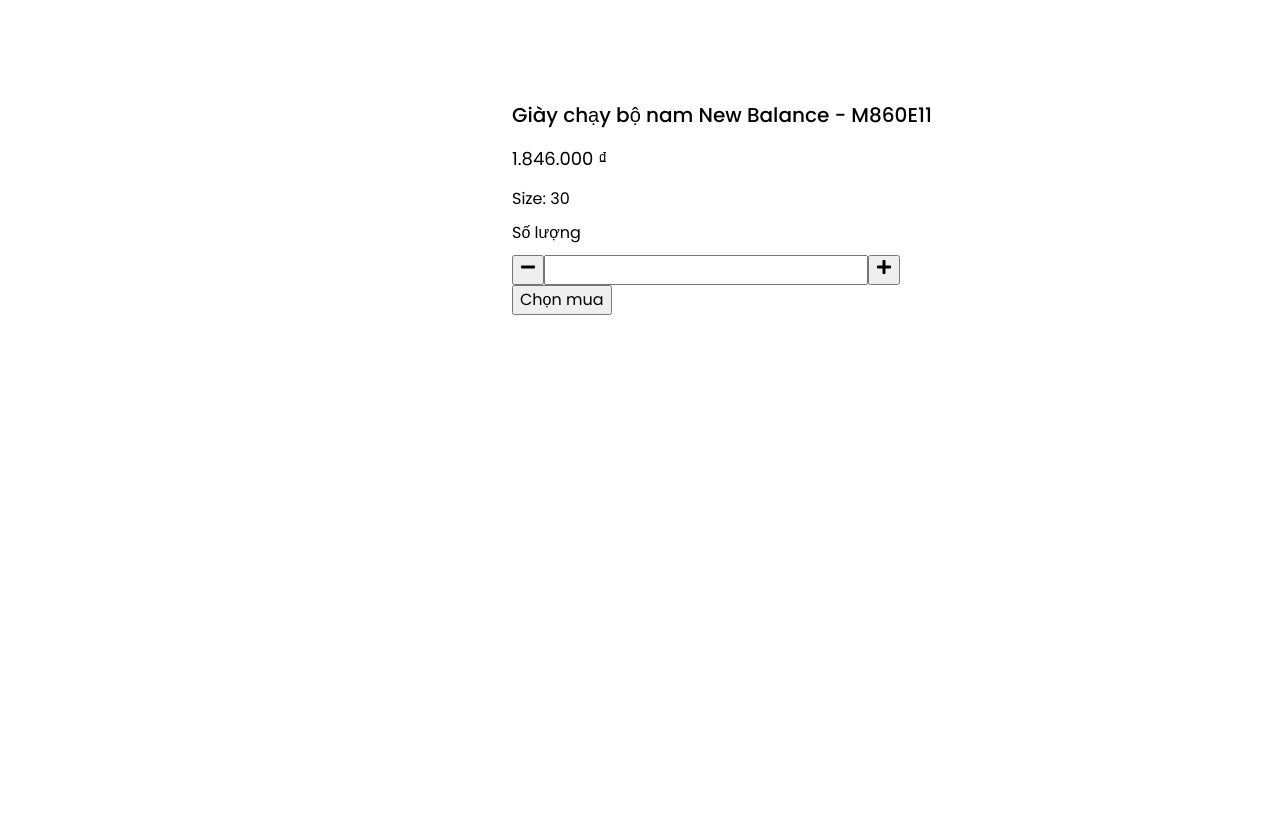
Repository: hoang0508/ReactJsHoiDanIT
Page: /
The author's editor kept a copy of each file at every save. The page is drawn from the files as they stood at one save, then again after the next save.
The browser window is 1280 px wide. The pictures show the whole page.
The project was rebuilt for these pictures with package versions that can differ from the ones it lists, and the page was loaded fresh each time.

Above is the page before, as saved 2022-02-24 14:22:22.

### public/index.html
<!DOCTYPE html>
<html lang="en">
  <head>
    <meta charset="utf-8" />
    <link rel="icon" href="%PUBLIC_URL%/favicon.ico" />
    <meta name="viewport" content="width=device-width, initial-scale=1" />
    <meta name="theme-color" content="#000000" />
    <meta
      name="description"
      content="Web site created using create-react-app"
    />
    <link rel="apple-touch-icon" href="%PUBLIC_URL%/logo192.png" />
    <!--
      manifest.json provides metadata used when your web app is installed on a
      user's mobile device or desktop. See https://developers.google.com/web/fundamentals/web-app-manifest/
    -->
    <link rel="manifest" href="%PUBLIC_URL%/manifest.json" />
    <!--
      Notice the use of %PUBLIC_URL% in the tags above.
      It will be replaced with the URL of the `public` folder during the build.
      Only files inside the `public` folder can be referenced from the HTML.

      Unlike "/favicon.ico" or "favicon.ico", "%PUBLIC_URL%/favicon.ico" will
      work correctly both with client-side routing and a non-root public URL.
      Learn how to configure a non-root public URL by running `npm run build`.
    -->
    <link rel="preconnect" href="https://fonts.googleapis.com" />
    <link rel="preconnect" href="https://fonts.gstatic.com" crossorigin />
    <link
      href="https://fonts.googleapis.com/css2?family=Poppins:ital,wght@0,300;0,400;0,500;0,600;0,700;1,600&family=Red+Hat+Display:wght@300;400;500;600;700&display=swap"
      rel="stylesheet"
    />
    <title>React App</title>
  </head>
  <body>
    <noscript>You need to enable JavaScript to run this app.</noscript>
    <div id="root"></div>
    <!--
      This HTML file is a template.
      If you open it directly in the browser, you will see an empty page.

      You can add webfonts, meta tags, or analytics to this file.
      The build step will place the bundled scripts into the <body> tag.

      To begin the development, run `npm start` or `yarn start`.
      To create a production bundle, use `npm run build` or `yarn build`.
    -->
  </body>
</html>

### src/index.css
@import url("https://fonts.googleapis.com/css2?family=Poppins:wght@100;200;300;400;500;600;700&display=swap");
body {
  margin: 0;
  font-family: "Poppins", sans-serif;
  font-size: 16px;
  -webkit-font-smoothing: antialiased;
  -moz-osx-font-smoothing: grayscale;
}

code {
  font-family: source-code-pro, Menlo, Monaco, Consolas, "Courier New",
    monospace;
}

### src/App.js
// import logo from "./logo.svg";
import "./App.css";
// import AddNewProduct from "./components/Form/AddNewProduct";
import Product from "./components/Products/Product";
// import Home from "./components/TodoApp/Home";

const App = () => {
  return (
    <>
      {/* <AddNewProduct /> */}
      <Product />
    </>
  );
};

export default App;

### src/App.css
*,
*::before,
*::after {
  box-sizing: border-box;
}
body,
h1,
h2,
h3,
h4,
h5,
h6,
p,
figure,
picture {
  margin: 0;
}
body {
  min-height: 100vh;
  line-height: 1.5;
}
input,
button,
select,
textarea {
  font: inherit;
}
img,
picture {
  display: block;
  max-width: 100%;
}
/* remove animation for people who've turned them off */
@media (prefers-reduced-motion: reduce) {
  *,
  *::before,
  *::after {
    animation-duration: 0.01ms !important;
    animation-iteration-count: 1 !important;
    transition-duration: 0.01ms !important;
    scroll-behavior: auto !important;
  }
}

### src/components/Products/Product.js
import React from "react";
import { FaMinus } from "react-icons/fa";
import { FaPlus } from "react-icons/fa";
import "./Product.scss";
const Product = () => {
  return (
    <div className="product">
      <div className="product-list"></div>
      <div className="product-content">
        <div className="product-name">
          Giày chạy bộ nam New Balance - M860E11
        </div>
        <div className="product-price">1.846.000 ₫</div>
        <div className="product-size">
          Size: <span>30</span>
        </div>
        <div className="product-count">
          <div className="product-quantity">Số lượng</div>
          <div className="product-group">
            <button className="product-btn">
              <FaMinus />
            </button>
            <input type="text" />
            <button className="product-btn">
              <FaPlus />
            </button>
          </div>
          <div>
            <button className="product-buy">Chọn mua</button>
          </div>
        </div>
      </div>
    </div>
  );
};

export default Product;

### src/components/Products/Product.scss
.product {
  margin-top: 100px;
  display: flex;
  justify-content: space-between;
  align-items: center;
  &-list {
    width: 40%;
  }
  &-content {
    width: 60%;
  }
  &-name {
    font-size: 20px;
    margin-bottom: 15px;
    font-weight: 500;
  }
  &-price {
    margin-bottom: 15px;
    font-size: 18px;
    font-weight: 400;
  }
  &-size {
    margin-bottom: 10px;
  }
  &-count {
    margin-bottom: 20px;
  }
  &-quantity {
    padding-bottom: 10px;
  }
}

Loaded but not shown: src/index.js (common file); src/reportWebVitals.js (common file)

After the next save:
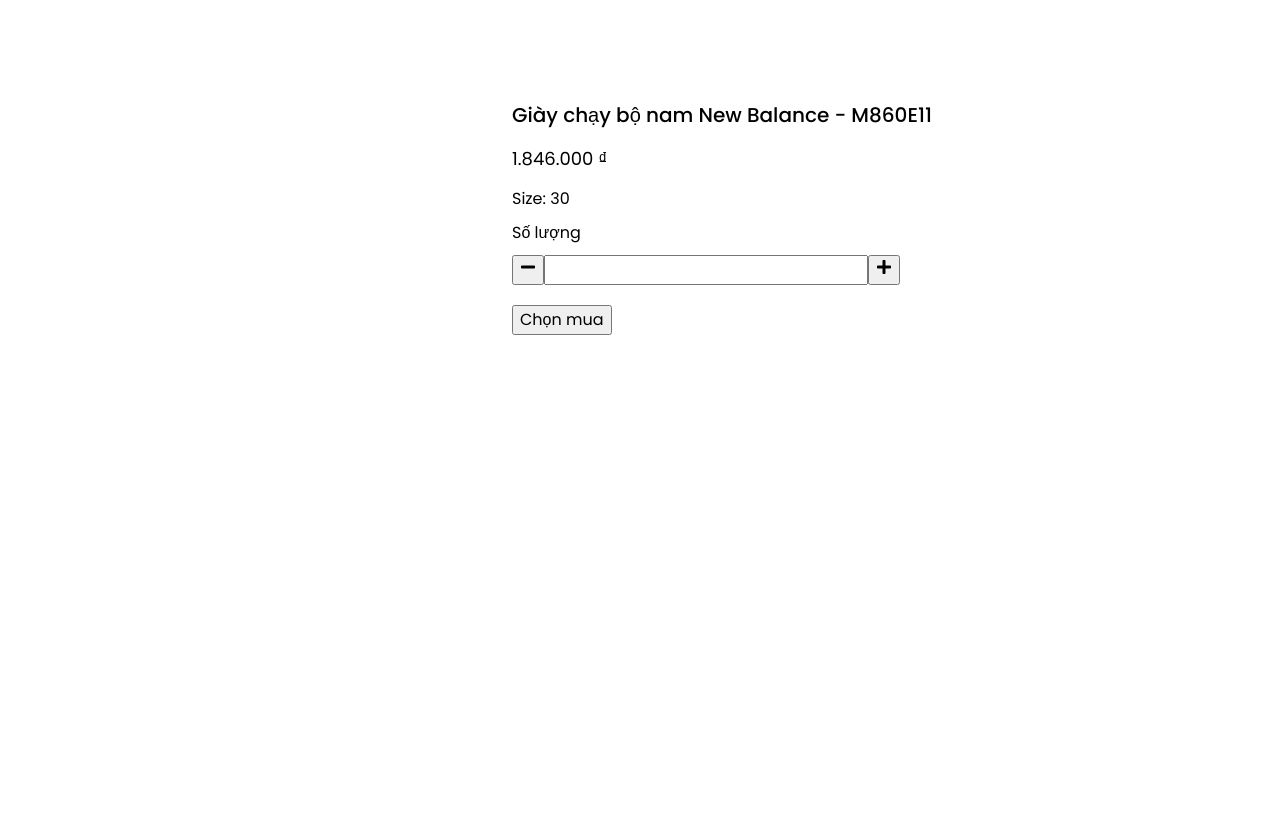
Saved 33 s later.
--- a/src/components/Products/Product.js
+++ b/src/components/Products/Product.js
@@ -25,9 +25,9 @@ const Product = () => {
               <FaPlus />
             </button>
           </div>
-          <div>
-            <button className="product-buy">Chọn mua</button>
-          </div>
+        </div>
+        <div>
+          <button className="product-buy">Chọn mua</button>
         </div>
       </div>
     </div>
